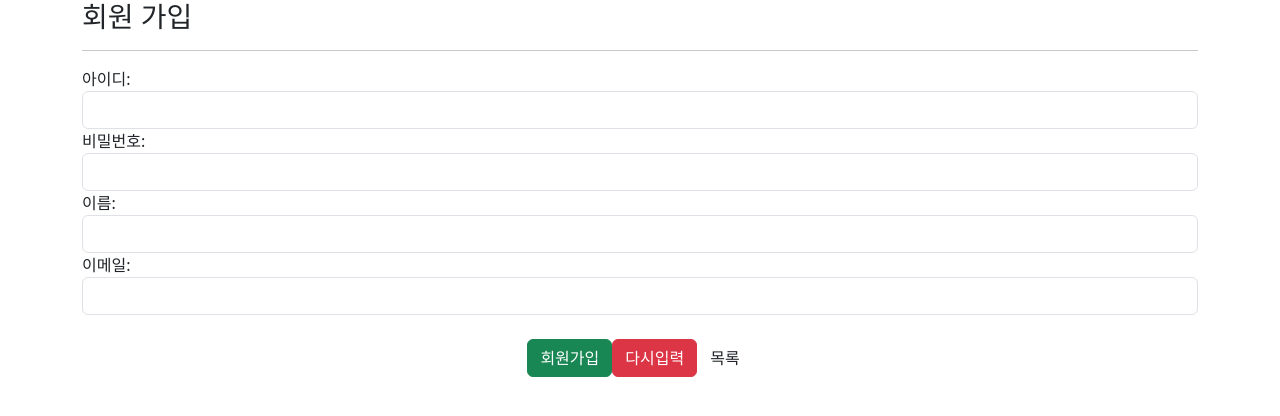
Repository: papepopopy/javascript
Page: http://localhost/webjsp/ex01/sample03/MemberLogin.jsp
These files come from the project's save history. The page is drawn as it stood at one moment and after the next save; the edit follows.
The browser window is 1280 px wide. The pictures show the whole page.
The page is served by Tomcat 9. Nobody is signed in. The application's start-up code is not run.

Above is the page before, as saved 2024-06-28 02:43:43.

After the next save:
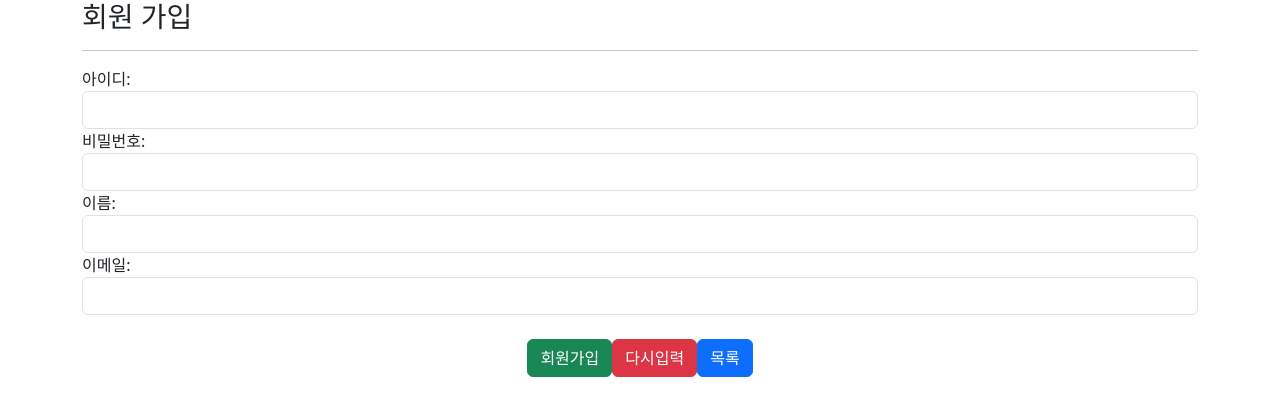
Saved 30 s later.
--- a/jspStudy/jspStudy/webjsp/src/main/webapp/ex01/sample03/MemberLogin.jsp
+++ b/jspStudy/jspStudy/webjsp/src/main/webapp/ex01/sample03/MemberLogin.jsp
@@ -35,7 +35,7 @@
 			<div class="d-flex justify-content-center loginBtn">
 				<div><input type="submit" 	value="회원가입" 		class="btn btn-success"></div>
 				<div><input type="reset" 	value="다시입력" 	class="btn btn-danger"></div>
-				<div><input type="button" 	value="목록" 	class="btn btn-" onClick="fn_sendMember()"></div>
+				<div><input type="button" 	value="목록" 	class="btn btn-primary" onClick="fn_sendMember()"></div>
 			</div>
 		</form>
 	</div>
